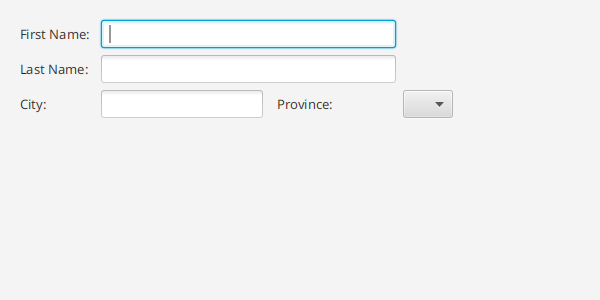
Repository: Mselenko/Java
Program's window: java w_5/JavaFx/src/garbage/CssExample.java
These files come from the project's save history. The program's window is drawn as it stood at one moment and after the next save; the edit follows.
It runs on Java 21 on a 1366 x 768 screen with JavaFX 11; the title bar is not drawn.

Above is the program's window before, as saved 2019-06-22 00:07:43.

After the next save:
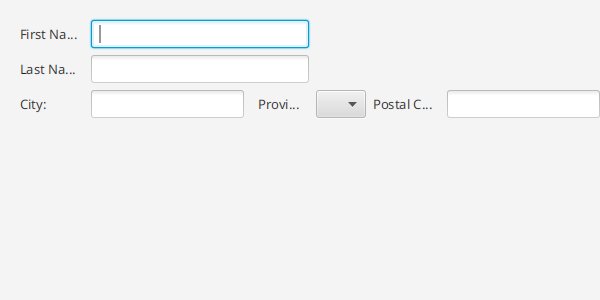
Saved 99 s later.
--- a/w_5/JavaFx/src/garbage/CssExample.java
+++ b/w_5/JavaFx/src/garbage/CssExample.java
@@ -69,6 +69,11 @@
         GridPane.setHalignment(lbProvince, HPos.LEFT);
         ComboBox<String>  tfProvince = new ComboBox();
 
+        Label lbpCode = new Label("Postal Code:");
+        //lbCity.setStyle(LABEL_STYLE);
+        GridPane.setHalignment(lbpCode, HPos.LEFT);
+        TextField tfpCode = new TextField();
+
 //        tfStreet.setPrefColumnCount(5);
 //        GridPane.setColumnSpan(tfStreet, 2);
 //        TextField tfNumber = new TextField();
@@ -98,6 +103,7 @@
        // gridPane.add(tfLastName, 1, 1); gridPane.add(lbCity, 0, 2);
         gridPane.add(lbCity, 0, 2); gridPane.add(tfCity, 1, 2);
         gridPane.add(lbProvince, 3, 2); gridPane.add(tfProvince, 4, 2);
+        gridPane.add(lbpCode, 5, 2); gridPane.add(tfpCode, 6, 2);
        // gridPane.add(lbNotes, 0, 4); gridPane.add(taNotes, 1, 4);
 
         return gridPane;
